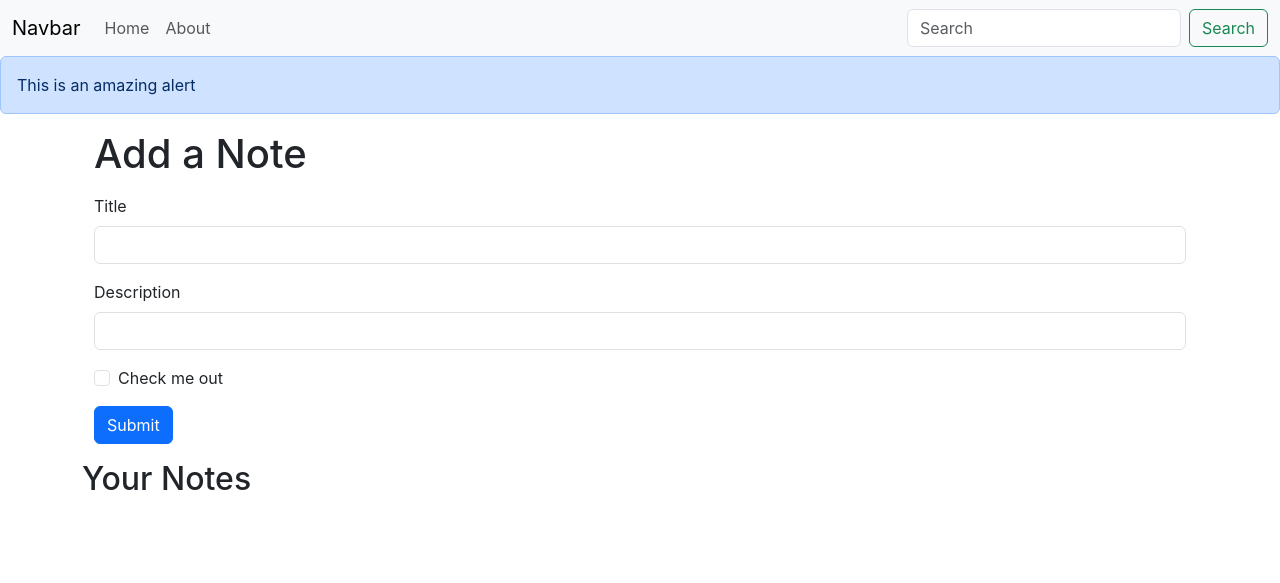
Repository: bhaveshdaipuria/inotebook
Page: /home
An editor plug-in stored every save of this project. The page is shown before and after the next save, followed by the edit.
The browser window is 1280 px wide. The pictures show the whole page.
The page's requests for data from a server got no answer. Some web libraries are served in a nearby version. The project was rebuilt for these pictures with package versions that can differ from the ones it lists, and the page was loaded fresh each time. No one was signed in, and anything a server would have sent is missing. Also part of the build but not shown: src/App.css, src/components/NoteItem.js, src/components/About.js.

Above is the page before, as saved 2023-05-04 16:56:51.

### public/index.html
<!DOCTYPE html>
<html lang="en">
  <head>
    <meta charset="utf-8" />
    <link rel="icon" href="%PUBLIC_URL%/favicon.ico" />
    <meta name="viewport" content="width=device-width, initial-scale=1" />
    <meta name="theme-color" content="#000000" />
    <meta
      name="description"
      content="Web site created using create-react-app"
    />
    <link rel="apple-touch-icon" href="%PUBLIC_URL%/logo192.png" />
    <link href="https://cdn.jsdelivr.net/npm/bootstrap@5.3.0-alpha3/dist/css/bootstrap.min.css" rel="stylesheet" integrity="sha384-KK94CHFLLe+nY2dmCWGMq91rCGa5gtU4mk92HdvYe+M/SXH301p5ILy+dN9+nJOZ" crossorigin="anonymous">
    <!--
      manifest.json provides metadata used when your web app is installed on a
      user's mobile device or desktop. See https://developers.google.com/web/fundamentals/web-app-manifest/
    -->
    <link rel="manifest" href="%PUBLIC_URL%/manifest.json" />
    <!--
      Notice the use of %PUBLIC_URL% in the tags above.
      It will be replaced with the URL of the `public` folder during the build.
      Only files inside the `public` folder can be referenced from the HTML.

      Unlike "/favicon.ico" or "favicon.ico", "%PUBLIC_URL%/favicon.ico" will
      work correctly both with client-side routing and a non-root public URL.
      Learn how to configure a non-root public URL by running `npm run build`.
    -->
    <title>iNotebook</title>
  </head>
  <body>
    <noscript>You need to enable JavaScript to run this app.</noscript>
    <div id="root"></div>
    <script src="https://kit.fontawesome.com/f3b880b74e.js" crossorigin="anonymous"></script>
    <!--
      This HTML file is a template.
      If you open it directly in the browser, you will see an empty page.

      You can add webfonts, meta tags, or analytics to this file.
      The build step will place the bundled scripts into the <body> tag.

      To begin the development, run `npm start` or `yarn start`.
      To create a production bundle, use `npm run build` or `yarn build`.
    -->
  </body>
  <script src="https://cdn.jsdelivr.net/npm/bootstrap@5.3.0-alpha3/dist/js/bootstrap.bundle.min.js" integrity="sha384-ENjdO4Dr2bkBIFxQpeoTz1HIcje39Wm4jDKdf19U8gI4ddQ3GYNS7NTKfAdVQSZe" crossorigin="anonymous"></script>
</html>

### src/App.js
import './App.css';
import Navbar from './components/Navbar';
import Home  from './components/Home';
import { BrowserRouter, Routes, Route } from 'react-router-dom';
import About from './components/About';
import NoteState from './context/notes/NoteState';
import Alert from './components/Alert';

function App() {
  return (
    <>
    <NoteState>
    <BrowserRouter>
    <Navbar/>
    <Alert message="This is an amazing alert"/>
    <div className='container'>
      <Routes>
      <Route exact path = '/home' element={<Home/>}/>
      <Route exact path = '/about' element={<About/>}/>
    </Routes>
    </div>
    </BrowserRouter>
    </NoteState>
    </>
  );
}

export default App;

### src/components/Navbar.js
import React, { useEffect } from "react";
import { Link, useLocation } from "react-router-dom";

function Navbar() {
  let location = useLocation();
  useEffect(()=>{
  }, [location]);
  return (
    <nav className="navbar navbar-expand-lg bg-body-tertiary">
      <div className="container-fluid">
        <Link className="navbar-brand" to="/">
          Navbar
        </Link>
        <button
          className="navbar-toggler"
          type="button"
          data-bs-toggle="collapse"
          data-bs-target="#navbarSupportedContent"
          _aria-controls="navbarSupportedContent"
          aria-expanded="false"
          aria-label="Toggle navigation"
        >
          <span className="navbar-toggler-icon"></span>
        </button>
        <div className="collapse navbar-collapse" id="navbarSupportedContent">
          <ul className="navbar-nav me-auto mb-2 mb-lg-0">
            <li className="nav-item">
              <Link className={`nav-link ${location.pathname === '/'?"active":""}`} aria-current="page" to="/home">
                Home
              </Link>
            </li>
            <li className="nav-item">
              <Link className={`nav-link ${location.pathname === '/about'?"active":""}`} to="/about">
                About
              </Link>
            </li>
          </ul>
          <form className="d-flex" role="search">
            <input
              className="form-control me-2"
              type="search"
              placeholder="Search"
              aria-label="Search"
            />
            <button className="btn btn-outline-success" type="submit">
              Search
            </button>
          </form>
        </div>
      </div>
    </nav>
  );
}

export default Navbar;

### src/components/Home.js
import React from "react";
import Notes from "./Notes";

function Home() {
  return (
    <div>
      <Notes/>
    </div>
  );
}

export default Home;

### src/context/notes/NoteState.js
import { json } from "react-router-dom";
import NoteContext from "./noteContext";
import { useState } from "react";

const  NoteState = ({children})=>{
  const host = 'http://localhost:9000'
    const notesInitial = []
      const [notes, setNotes] = useState(notesInitial);
      //Get notes
      const getNotes = async()=>{
        const response = await fetch(`${host}/api/notes/fetchallnotes/`, {
          method: 'GET',
          headers: {
            'Content-Type': 'application/json',
            'auth-token': 'eyJhbGciOiJIUzI1NiIsInR5cCI6IkpXVCJ9.eyJ1c2VyIjp7ImlkIjoiNjQ0ZjdkOTRlNjE3OTYxYTBlNjkwY2NjIn0sImlhdCI6MTY4MjkzMTA5Mn0.aha5DAd9kAFEpt6kiTIeYEcavl0bv6TrJYN4TCaER_g'
          },
        });
        const json = await response.json();
        setNotes(json);
      }

      const addNote = async(title, description, tag)=>{
        const response = await fetch(`${host}/api/notes/addnote`,{
          method: 'POST',
          headers: {
            'Content-Type': 'application/json',
            'auth-token': 'eyJhbGciOiJIUzI1NiIsInR5cCI6IkpXVCJ9.eyJ1c2VyIjp7ImlkIjoiNjQ0ZjdkOTRlNjE3OTYxYTBlNjkwY2NjIn0sImlhdCI6MTY4MjkzMTA5Mn0.aha5DAd9kAFEpt6kiTIeYEcavl0bv6TrJYN4TCaER_g'
          }
        });
        const json = await response.json();
        console.log(json)
      }

      //Delete a note
      const deleteNote = async(id)=>{
        const response = await fetch(`${host}/api/notes/deletenote/${id}`, {
          method: 'DELETE',
          headers: {
            'Content-Type': 'application/json',
            'auth-token': 'eyJhbGciOiJIUzI1NiIsInR5cCI6IkpXVCJ9.eyJ1c2VyIjp7ImlkIjoiNjQ0ZjdkOTRlNjE3OTYxYTBlNjkwY2NjIn0sImlhdCI6MTY4MjkzMTA5Mn0.aha5DAd9kAFEpt6kiTIeYEcavl0bv6TrJYN4TCaER_g'
          }
        })
        const json = await response.json();
        console.log(json);

        let newNotes = notes.filter((note)=>{return note.id !== id})
        setNotes(newNotes);
      }

      //Edit an existing note
      const editNote = async(id, title, description, tag)=>{
        const response = await fetch(`${host}/api/notes/updatenote/${id}`, {
          method: 'POST',
          headers: {
            'Content-Type': 'application/json',
            'auth-token': 'eyJhbGciOiJIUzI1NiIsInR5cCI6IkpXVCJ9.eyJ1c2VyIjp7ImlkIjoiNjQ0ZjdkOTRlNjE3OTYxYTBlNjkwY2NjIn0sImlhdCI6MTY4MjkzMTA5Mn0.aha5DAd9kAFEpt6kiTIeYEcavl0bv6TrJYN4TCaER_g'
          },
          body: JSON.stringify({title, description, tag})
        });

        const json = response.json();
        console.log(json);
        for(let index = 0; index<notes.length; index++){
          const element = notes[index];
          if(element._id === id)
          element.title = title;
          element.description = description;
          element.tag = tag;
        }
      }

    return(
        <NoteContext.Provider value={{notes, addNote, deleteNote, editNote, getNotes}}>
            {children}
        </NoteContext.Provider>
    )
}

export default NoteState;

### src/components/Alert.js
import React from "react";

function Alert({message}) {
  return (
    <div>
      <div className="alert alert-primary" role="alert">
        {message}
      </div>
    </div>
  );
}

export default Alert;

### src/components/Notes.js
import React, { useContext, useEffect } from "react";
import noteContext from "../context/notes/noteContext";
import NoteItem from "./NoteItem";
import AddNote from "./AddNote";

function Notes() {
    const context = useContext(noteContext);
    const { notes, getNotes } = context;
    useEffect(()=>{
      getNotes();
    }, []);
  return (
    <>
    <AddNote/>
    <div className="row my-3">
      <h2>Your Notes</h2>
      {notes.map((note) => {
        return <NoteItem note={note}/>;
      })}
    </div>
    </>
  );
}

export default Notes;

### src/components/AddNote.js
import React, {useContext, useState} from "react";
import noteContext from "../context/notes/noteContext";

function AddNote() {
  const context = useContext(noteContext);
  const { addNote } = context;
  const [note, setNote] = useState({title: '', description: '', tag: 'default'})

  const handleClick = (e)=>{
    e.preventDefault();
    addNote(note.title, note.description, note.tag)
  }
  const onChange = (e)=>{
    setNote({...note, [e.target.name]: [e.target.value]})
  }
  return (
    <div className="container my-3">
      <h1>Add a Note</h1>
      <form className="my-3">
        <div className="mb-3">
          <label htmlFor="title" className="form-label">
            Title
          </label>
          <input
            type="text"
            className="form-control"
            id="title"
            name="title"
            aria-describedby="emailHelp"
            onChange={onChange}
          />
        </div>
        <div className="mb-3">
          <label htmlFor="description" className="form-label">
            Description
          </label>
          <input
            type="text"
            className="form-control"
            id="description"
            name="description"
            onChange={onChange}
          />
        </div>
        <div className="mb-3 form-check">
          <input
            type="checkbox"
            className="form-check-input"
            id="exampleCheck1"
          />
          <label className="form-check-label" htmlFor="exampleCheck1">
            Check me out
          </label>
        </div>
        <button type="submit" className="btn btn-primary" onClick={handleClick}>
          Submit
        </button>
      </form>
    </div>
  );
}

export default AddNote;

Loaded but not shown: src/index.js (common file); src/index.css (common file); src/context/notes/noteContext.js (common file)

After the next save:
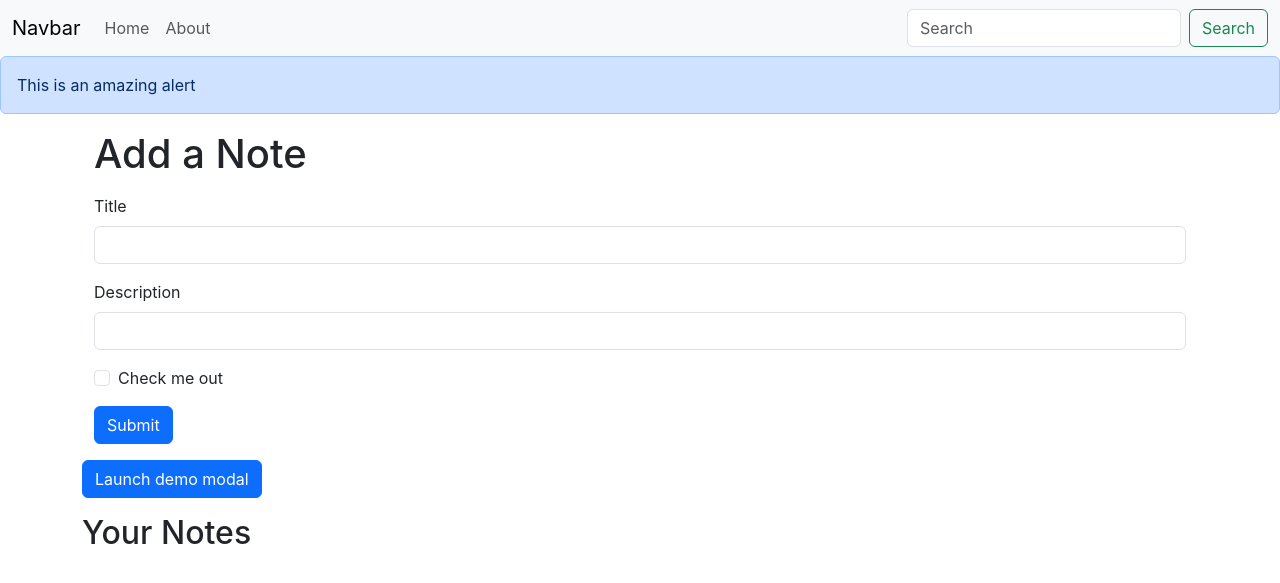
Saved 5 min 26 s later.
--- a/src/components/Notes.js
+++ b/src/components/Notes.js
@@ -4,20 +4,69 @@
 import AddNote from "./AddNote";
 
 function Notes() {
-    const context = useContext(noteContext);
-    const { notes, getNotes } = context;
-    useEffect(()=>{
-      getNotes();
-    }, []);
+  const context = useContext(noteContext);
+  const { notes, getNotes } = context;
+  useEffect(() => {
+    getNotes();
+  }, []);
+  const updateNote = (note) => {};
   return (
     <>
-    <AddNote/>
-    <div className="row my-3">
-      <h2>Your Notes</h2>
-      {notes.map((note) => {
-        return <NoteItem note={note}/>;
-      })}
-    </div>
+      <AddNote />
+      <button
+        type="button"
+        className="btn btn-primary"
+        data-toggle="modal"
+        data-target="#exampleModal"
+      >
+        Launch demo modal
+      </button>
+
+      <div
+        className="modal fade"
+        id="exampleModal"
+        tabindex="-1"
+        role="dialog"
+        aria-labelledby="exampleModalLabel"
+        aria-hidden="true"
+      >
+        <div className="modal-dialog" role="document">
+          <div className="modal-content">
+            <div className="modal-header">
+              <h5 className="modal-title" id="exampleModalLabel">
+                Edit Note
+              </h5>
+              <button
+                type="button"
+                className="close"
+                data-dismiss="modal"
+                aria-label="Close"
+              >
+                <span aria-hidden="true">&times;</span>
+              </button>
+            </div>
+            <div className="modal-body">...</div>
+            <div className="modal-footer">
+              <button
+                type="button"
+                className="btn btn-secondary"
+                data-dismiss="modal"
+              >
+                Close
+              </button>
+              <button type="button" className="btn btn-primary">
+                Save changes
+              </button>
+            </div>
+          </div>
+        </div>
+      </div>
+      <div className="row my-3">
+        <h2>Your Notes</h2>
+        {notes.map((note) => {
+          return <NoteItem note={note} />;
+        })}
+      </div>
     </>
   );
 }

After the save that followed:
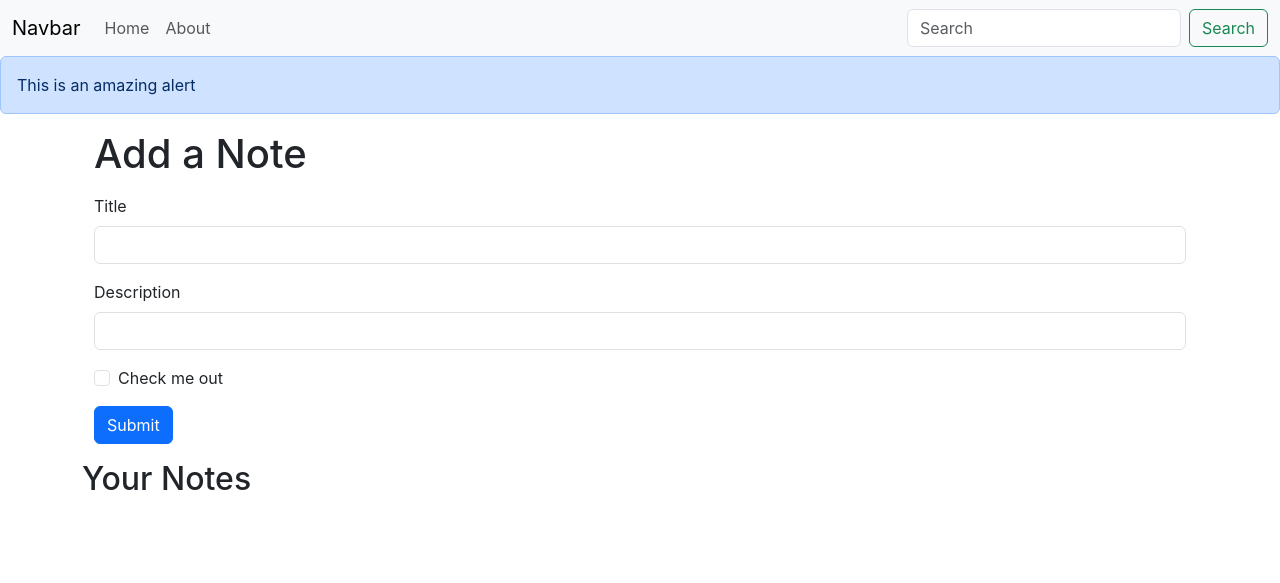
Saved 20 s later.
--- a/src/components/Notes.js
+++ b/src/components/Notes.js
@@ -13,15 +13,6 @@
   return (
     <>
       <AddNote />
-      <button
-        type="button"
-        className="btn btn-primary"
-        data-toggle="modal"
-        data-target="#exampleModal"
-      >
-        Launch demo modal
-      </button>
-
       <div
         className="modal fade"
         id="exampleModal"
